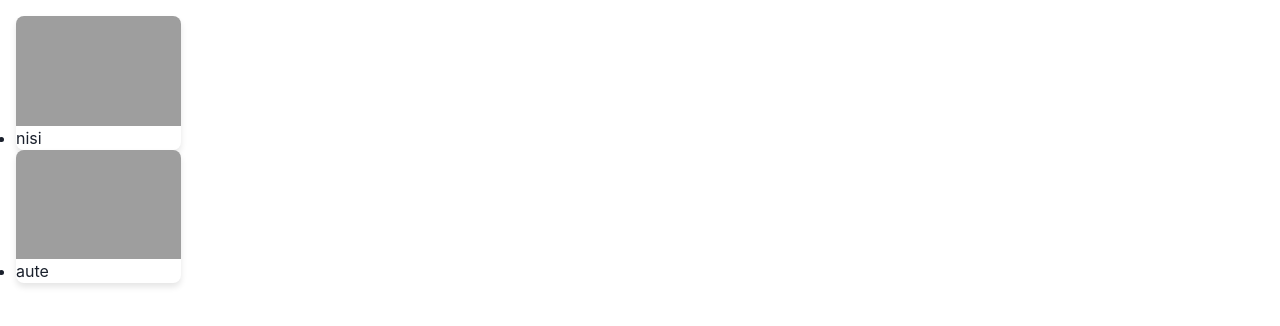
Repository: Jordybeer/wow
Page: /
An editor plug-in stored every save of this project. The page is shown before and after a run of saves, followed by the edit.
The browser window is 1280 px wide. The pictures show the whole page.
Pictures or frames that could not be fetched are drawn as grey boxes. The project was rebuilt for these pictures with package versions that can differ from the ones it lists, and the page was loaded fresh each time. The framework's server and built-in components were replaced by stand-ins that run in the browser. Also part of the build but not shown: components/ExpandedCard.tsx.

Above is the page before, as saved 2023-09-18 19:41:20.

### pages/_app.tsx
// pages/_app.tsx
import { ChakraProvider } from '@chakra-ui/react';
import '../styles/styles.css';
import "slick-carousel/slick/slick.css";
import "slick-carousel/slick/slick-theme.css";

function MyApp({ Component, pageProps }) {
  return (
    <ChakraProvider>
      <Component {...pageProps} />
    </ChakraProvider>
  );
}

export default MyApp;

### pages/index.tsx
import React, { useState } from 'react';
import CardGrid from '../components/CardGrid';
import ExpandedCard from '../components/ExpandedCard';



const IndexPage = () => {
  const [selectedCard, setSelectedCard] = useState(null);

  return (
    <div>
      <CardGrid setSelectedCard={setSelectedCard} data={undefined} />
      {selectedCard && <ExpandedCard data={selectedCard} setSelectedCard={setSelectedCard} />}
    </div>
  );
};



export default IndexPage;

### styles/styles.css
/* Grid Layout */
.grid {
  display: grid;
  grid-template-columns: repeat(auto-fill, minmax(150px, 1fr));
  gap: 16px;
  padding: 16px;
}

/* Card Styles */
.card {
  position: relative;
  overflow: hidden;
  border-radius: 8px;
  box-shadow: 0 4px 6px rgba(0, 0, 0, 0.1);
  cursor: pointer;
  transition: transform 0.3s ease-in-out;
}

.card:hover {
  transform: scale(1.15);
}

.card img {
  width: 100%;
  height: auto;
  object-fit: cover;
}

.card-title {
  position: absolute;
  bottom: 0;
  left: 0;
  background: rgba(0, 0, 0, 0.7);
  color: white;
  padding: 8px;
  width: 100%;
  text-align: center;
}

/* Expanded Card Styles */
.expanded-card {
  position: fixed;
  top: 0;
  left: 0;
  width: 100%;
  height: 100%;
  background: rgba(0, 0, 0, 0.7);
  z-index: 1000;
  display: flex;
  justify-content: center;
  align-items: center;
}

.content-box {
  position: relative;
  background: orange;
  border: 2px solid black;
  border-radius: 8px;
  width: 80%;
  height: 80%;
  display: flex;
  flex-direction: column;
}

/* Carousel Styles */
.carousel-img {
  max-width: 100%;
  width: 100%;
  height: auto;
}

/* Thumbnail Styles */
.thumbnail-img {
  width: 50px;
  height: auto;
}
.thumbnails {
  display: flex;
  align-items: center;
  justify-content: center;
  gap: 10px;
}

.
/* Top and Bottom Half */
.top-half {
  height: 40%;
  position: relative;
}

.bottom-half {
  height: 60%;
  padding: 16px;
  display: flex;
  flex-direction: column;
  justify-content: space-between;
}

@media (max-width: 768px) {
  .expanded-card {
    width: 90%;
  }
}

### components/CardGrid.tsx
// components/CardGrid.tsx
import React, { useState, useEffect, useCallback } from 'react';
import Card from './Card';
import { LoremIpsum } from 'lorem-ipsum';
import { motion, AnimatePresence } from 'framer-motion';


const CardGrid = ({ setSelectedCard }) => {
   const [index, setIndex] = useState(false);
  const handleClose = useCallback(() => {
    setIndex(false);
  }, []);

  const [data, setData] = useState([]);

  useEffect(() => {
    const lorem = new LoremIpsum({
      sentencesPerParagraph: {
        max: 8,
        min: 4
      },
      wordsPerSentence: {
        max: 16,
        min: 4
      }
    });

    const generatedData = [
      {
        img: 'https://source.unsplash.com/random/150x100?nature,1',
        title: lorem.generateWords(1),
        description: lorem.generateSentences(5),
        images: [
          'https://source.unsplash.com/random/300x200?nature,1',
          'https://source.unsplash.com/random/300x200?nature,2',
          'https://source.unsplash.com/random/300x200?nature,3',
        ]
      },
      {
        img: 'https://source.unsplash.com/random/150x100?city,1',
        title: lorem.generateWords(1),
        description: lorem.generateSentences(5),
        images: [
          'https://source.unsplash.com/random/300x200?city,1',
          'https://source.unsplash.com/random/300x200?city,2',
          'https://source.unsplash.com/random/300x200?city,3',
        ]
      },
      // ... you can add more data here
    ];

    setData(generatedData);
  }, []);

  return (
    <div className="grid">
      <ul>
      {data.map((item, idx) => (
        <motion.li
          key={idx}
          layoutId={`${item.id}`}
          onClick={() => index === false && setIndex(item.title)}
          initial={{ borderRadius: "0.6rem" }}
        >
          <Card data={item} setSelectedCard={setSelectedCard} />
        </motion.li>
      ))}
      </ul>
 <AnimatePresence>
        {index !== false && (
          <div>
            {/* Your modal or expanded view code here */}
            {null}
          </div>
        )}
      </AnimatePresence>
    </div>
  );
};

export default CardGrid;

### components/Card.tsx
import { motion } from 'framer-motion';

const Card = ({ data, setSelectedCard }) => {
  return (
    <motion.div
      layoutId={`${data.id}`}
      className="card"
      whileHover={{ scale: 1.1 }}
      whileTap={{ scale: 0.9 }}
      onClick={() => setSelectedCard(data)}
      initial={{ opacity: 0 }}
      animate={{ opacity: 1 }}
    >
      <img src={data.img} alt={data.title} />
      <h3>{data.title}</h3>
    </motion.div>
  );
};

export default Card;

After the next 2 saves:
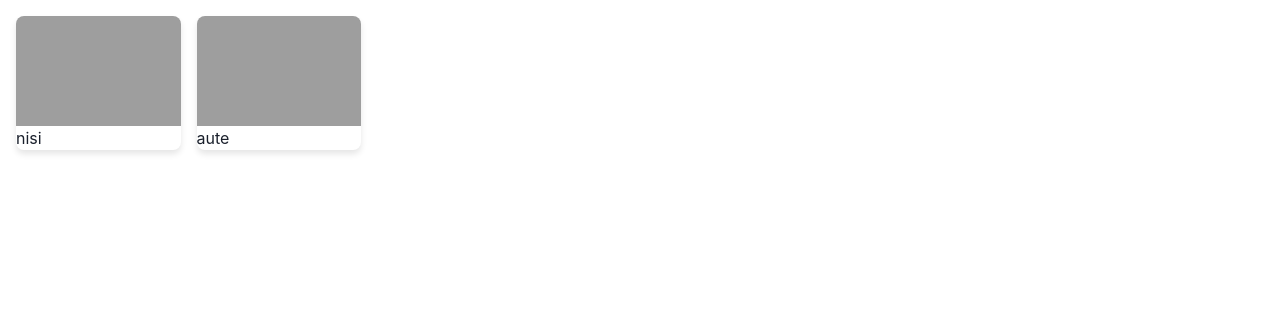
The 2 saves are shown as one change because 1 did not build or start.
The last was saved 25 s later.
--- a/components/CardGrid.tsx
+++ b/components/CardGrid.tsx
@@ -54,26 +54,9 @@
 
   return (
     <div className="grid">
-      <ul>
-      {data.map((item, idx) => (
-        <motion.li
-          key={idx}
-          layoutId={`${item.id}`}
-          onClick={() => index === false && setIndex(item.title)}
-          initial={{ borderRadius: "0.6rem" }}
-        >
-          <Card data={item} setSelectedCard={setSelectedCard} />
-        </motion.li>
+      {data.map((item, index) => (
+        <Card key={index} data={item} setSelectedCard={setSelectedCard} />
       ))}
-      </ul>
- <AnimatePresence>
-        {index !== false && (
-          <div>
-            {/* Your modal or expanded view code here */}
-            {null}
-          </div>
-        )}
-      </AnimatePresence>
     </div>
   );
 };

After the 6 saves that followed:
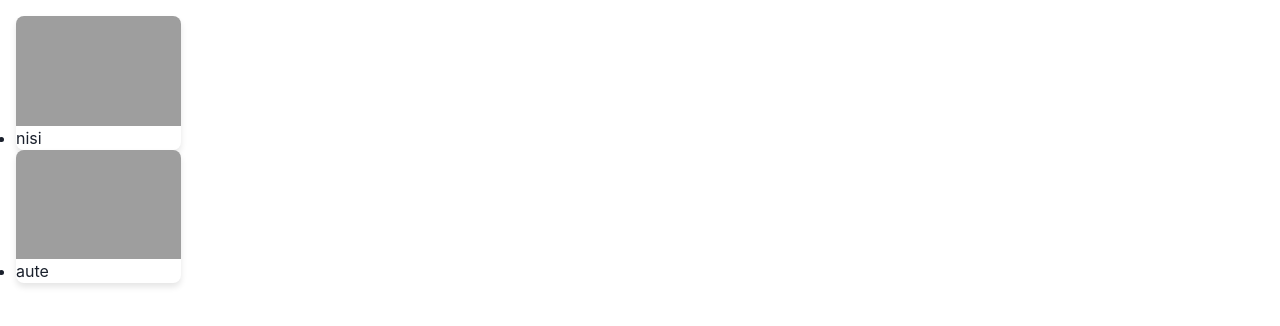
The 6 saves are shown as one change because 1 did not build or start and 4 left the picture as it was.
The last was saved 103 s later.
--- a/components/CardGrid.tsx
+++ b/components/CardGrid.tsx
@@ -54,9 +54,26 @@
 
   return (
     <div className="grid">
-      {data.map((item, index) => (
-        <Card key={index} data={item} setSelectedCard={setSelectedCard} />
+      <ul>
+      {data.map((item, idx) => (
+        <motion.li
+          key={idx}
+          layoutId={`${item.img}`}
+          onClick={() => index === false && setIndex(item.title)}
+          initial={{ borderRadius: "0.6rem" }}
+        >
+          <Card data={item} setSelectedCard={setSelectedCard} />
+        </motion.li>
       ))}
+      </ul>
+ <AnimatePresence>
+        {index !== false && (
+          <div>
+            {/* Your modal or expanded view code here */}
+            {null}
+          </div>
+        )}
+      </AnimatePresence>
     </div>
   );
 };
